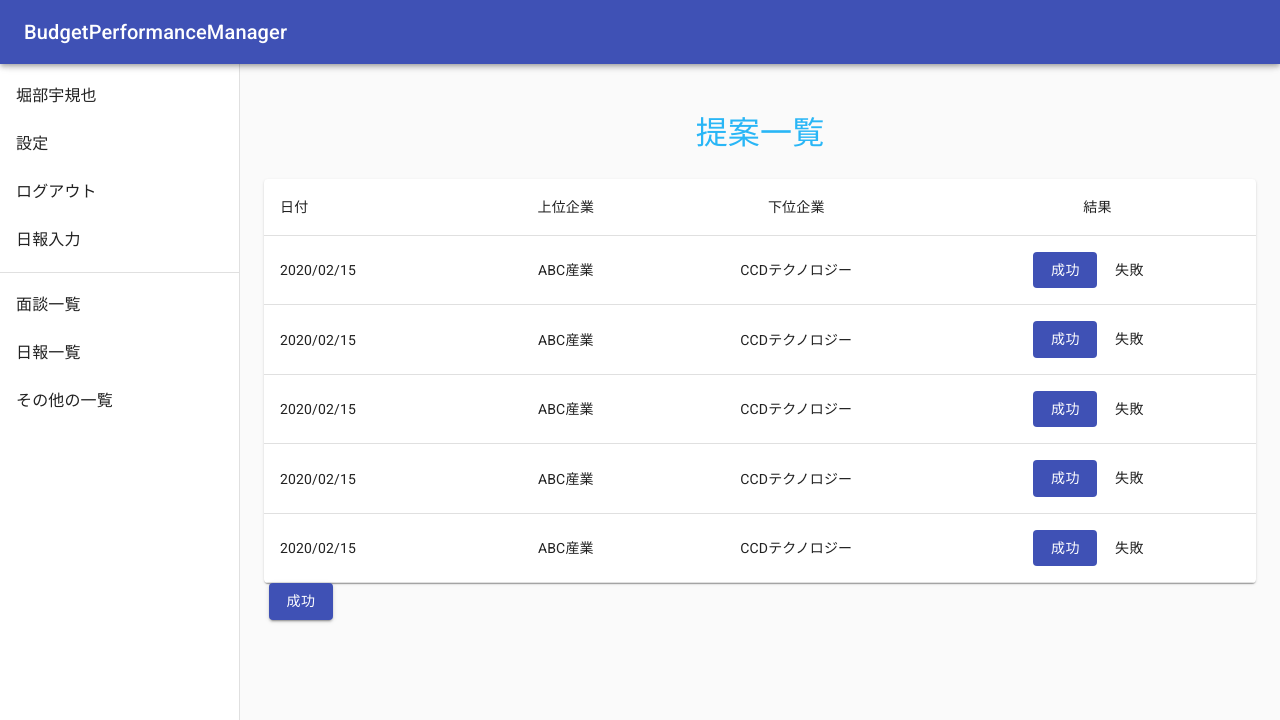
Repository: ukiyah/test
Page: / (app in src/)
An editor plug-in stored every save of this project. The page is shown before and after the next save, followed by the edit.
The browser window is 1280 px wide. The pictures show the whole page.
The project was rebuilt for these pictures with package versions that can differ from the ones it lists, and the page was loaded fresh each time. Also part of the build but not shown: src/material-dashboard-react.js, src/Navbars/ref_AdminNavbarLinks/customInputStyle.js, src/Navbars/ref_AdminNavbarLinks/CustomInput.js, src/Navbars/ref_AdminNavbarLinks/buttonStyle.js, src/Navbars/ref_AdminNavbarLinks/Button.js, src/Navbars/ref_AdminNavbarLinks/dropdownStyle.js, src/Navbars/ref_AdminNavbarLinks/headerLinksStyle.js, src/Navbars/AdminNavbarLinks.js and 4 more.

Above is the page before, as saved 2020-02-20 19:49:55.

### src/index.css
body {
  margin: 0;
  font-family: -apple-system, BlinkMacSystemFont, 'Segoe UI', 'Roboto', 'Oxygen',
    'Ubuntu', 'Cantarell', 'Fira Sans', 'Droid Sans', 'Helvetica Neue',
    sans-serif;
  -webkit-font-smoothing: antialiased;
  -moz-osx-font-smoothing: grayscale;
}

code {
  font-family: source-code-pro, Menlo, Monaco, Consolas, 'Courier New',
    monospace;
}

.button {
  color: #000;
}

h1 {
  text-align: center;
  color:#29B6F6;
  font-weight: normal;
}

### src/App.js


// export default App;
import React from 'react';

import 'typeface-roboto';
import Sidebar from './Sidebar/Sidebar';
// import SimpleTable from "./Table";
import ClippedDrawer from "./Drawer";
class App extends React.Component{
  render() {
    return (
      <div>



        <ClippedDrawer />
      </div>

    );
  }

}

export default App;

### src/Drawer.js
import React from 'react';
import { makeStyles } from '@material-ui/core/styles';
import Drawer from '@material-ui/core/Drawer';
import AppBar from '@material-ui/core/AppBar';
import CssBaseline from '@material-ui/core/CssBaseline';
import Toolbar from '@material-ui/core/Toolbar';
import List from '@material-ui/core/List';
import Typography from '@material-ui/core/Typography';
import Divider from '@material-ui/core/Divider';
import ListItem from '@material-ui/core/ListItem';
import ListItemIcon from '@material-ui/core/ListItemIcon';
import ListItemText from '@material-ui/core/ListItemText';
import InboxIcon from '@material-ui/icons/MoveToInbox';
import MailIcon from '@material-ui/icons/Mail';
import SimpleTable from "./Table";
import ContainedButtons from "./Button";
const drawerWidth = 240;

const useStyles = makeStyles(theme => ({
  root: {
    display: 'flex',
  },
  appBar: {
    zIndex: theme.zIndex.drawer + 1,
  },
  drawer: {
    width: drawerWidth,
    flexShrink: 0,
  },
  drawerPaper: {
    width: drawerWidth,
  },
  content: {
    flexGrow: 1,
    padding: theme.spacing(3),
  },
  toolbar: theme.mixins.toolbar,
}));

export default function ClippedDrawer() {
  const classes = useStyles();

  return (
    <div className={classes.root}>
      <CssBaseline />
      <AppBar position="fixed" className={classes.appBar}>
        <Toolbar>
          <Typography variant="h6" noWrap>
            BudgetPerformanceManager
          </Typography>
        </Toolbar>
      </AppBar>
      <Drawer
        className={classes.drawer}
        variant="permanent"
        classes={{
          paper: classes.drawerPaper,
        }}
      >
        <div className={classes.toolbar} />
        <List>
          {['堀部宇規也', '設定', 'ログアウト', '日報入力'].map((text, index) => (
            <ListItem button key={text}>
              {/* <ListItemIcon>{index % 2 === 0 ? <InboxIcon /> : <MailIcon />}</ListItemIcon> */}
              <ListItemText primary={text}  />
            </ListItem>
          ))}
        </List>
        <Divider />
        <List>
          {['面談一覧', '日報一覧', 'その他の一覧'].map((text, index) => (
            <ListItem button key={text}>
              {/* <ListItemIcon>{index % 2 === 0 ? <InboxIcon /> : <MailIcon />}</ListItemIcon> */}
              <ListItemText primary={text} />
            </ListItem>
          ))}
        </List>
      </Drawer>
      <main className={classes.content}>
        <div className={classes.toolbar} />
        <Typography paragraph>
            <h1>提案一覧</h1>
            <SimpleTable />
            <ContainedButtons name="成功"/>
        </Typography>
        <Typography paragraph>

        </Typography>
      </main>
    </div>
  );
}

### src/Table.js
import React from 'react';
import { makeStyles } from '@material-ui/core/styles';
import Table from '@material-ui/core/Table';
import TableBody from '@material-ui/core/TableBody';
import TableCell from '@material-ui/core/TableCell';
import TableContainer from '@material-ui/core/TableContainer';
import TableHead from '@material-ui/core/TableHead';
import TableRow from '@material-ui/core/TableRow';
import Paper from '@material-ui/core/Paper';
import ContainedButtons from "./Button";
import Button from '@material-ui/core/Button';


const useStyles = makeStyles({
  table: {
    minWidth: 650,
  },
});

function createData(name, calories, fat) {
  return { name, calories, fat};
}

const rows = [
  createData('2020/02/15', 'ABC産業', 'CCDテクノロジー'),
  createData('2020/02/15', 'ABC産業', 'CCDテクノロジー'),
  createData('2020/02/15', 'ABC産業', 'CCDテクノロジー'),
  createData('2020/02/15', 'ABC産業', 'CCDテクノロジー'),
  createData('2020/02/15', 'ABC産業', 'CCDテクノロジー'),
];

export default function SimpleTable() {
  const classes = useStyles();

  return (
    <TableContainer component={Paper}>
      <Table className={classes.table} aria-label="simple table">
        <TableHead>
          <TableRow>
            <TableCell>日付</TableCell>
            <TableCell align="center">上位企業</TableCell>
            <TableCell align="center">下位企業</TableCell>
            <TableCell align="center">結果</TableCell>
          </TableRow>
        </TableHead>
        <TableBody>
          {rows.map(row => (
            <TableRow key={row.name}>
              <TableCell component="th" scope="row">
                {row.name}
              </TableCell>
              <TableCell align="center">{row.calories}</TableCell>
              <TableCell align="center">{row.fat}</TableCell>

              <TableCell align="center">
                <Button className="button" variant="contained" color="primary" variant="contained" color="primary" disableElevation>成功</Button>
                <Button  >失敗</Button>
              </TableCell>
            </TableRow>
          ))}
        </TableBody>
      </Table>
    </TableContainer>
  );
}

### src/Button.js
import React from 'react';
import { makeStyles } from '@material-ui/core/styles';
import Button from '@material-ui/core/Button';

const useStyles = makeStyles(theme => ({
  root: {
    '& > *': {
      marginLeft: 5 ,

    },
  },
}));

export default function ContainedButtons(props) {
  const classes = useStyles();

  return (
    <div className={classes.root}>
      {/* <Button variant="contained">Default</Button>
      <Button variant="contained" color="primary">
        Primary
      </Button>
      <Button variant="contained" color="secondary">
        Secondary
      </Button>
      <Button variant="contained" disabled>
        Disabled
      </Button> */}
      <Button variant="contained" color="primary" href="#contained-buttons">
        {props.name}
      </Button>
    </div>
  );
}

Loaded but not shown: src/index.js (common file); src/serviceWorker.js (common file)

After the next save:
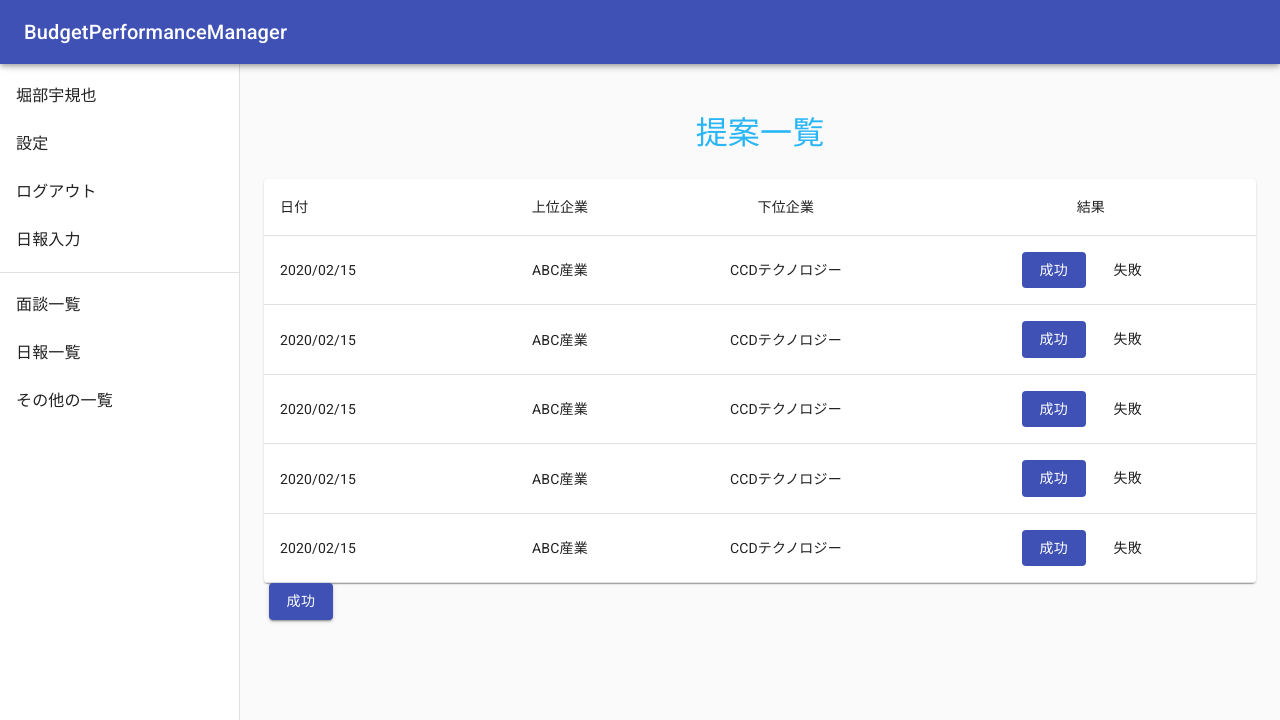
Saved 2 min 14 s later.
--- a/src/Table.js
+++ b/src/Table.js
@@ -54,7 +54,7 @@ export default function SimpleTable() {
 
               <TableCell align="center">
                 <Button className="button" variant="contained" color="primary" variant="contained" color="primary" disableElevation>成功</Button>
-                <Button  >失敗</Button>
+                <Button  style={{marginLeft: 10}}>失敗</Button>
               </TableCell>
             </TableRow>
           ))}
